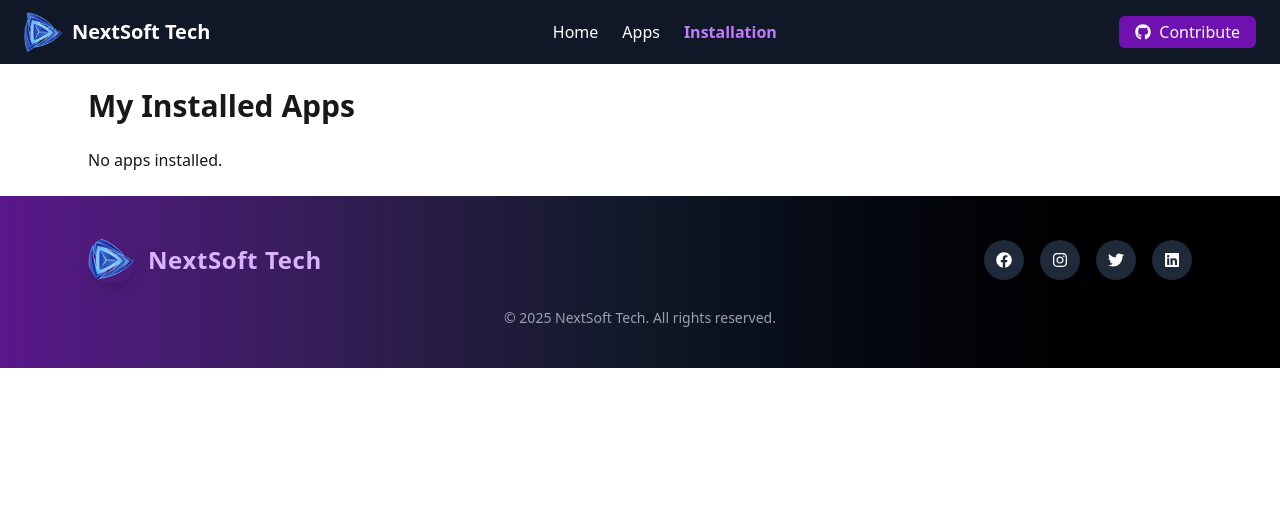
Repository: chayanatik1994/NextSoft
Page: /installation
The author's editor kept a copy of each file at every save. The page is drawn from the files as they stood at one save, then again after a run of saves.
The browser window is 1280 px wide. The pictures show the whole page.
The project was rebuilt for these pictures with package versions that can differ from the ones it lists, and the page was loaded fresh each time. Also part of the build but not shown: vite.config.js, src/Components/TrendingApps/TrendingApps.jsx, src/Pages/Home/Home.jsx, src/Pages/NotFoundPage/ErrorPage.jsx, src/Pages/AllAppsPage/AllAppsPage.jsx, src/Components/RatingChart.jsx, src/Components/AppDescription.jsx, src/Pages/AllAppsPage/AppDetails.jsx.

Above is the page before, as saved 2025-10-29 00:32:27.

After the next 2 saves:
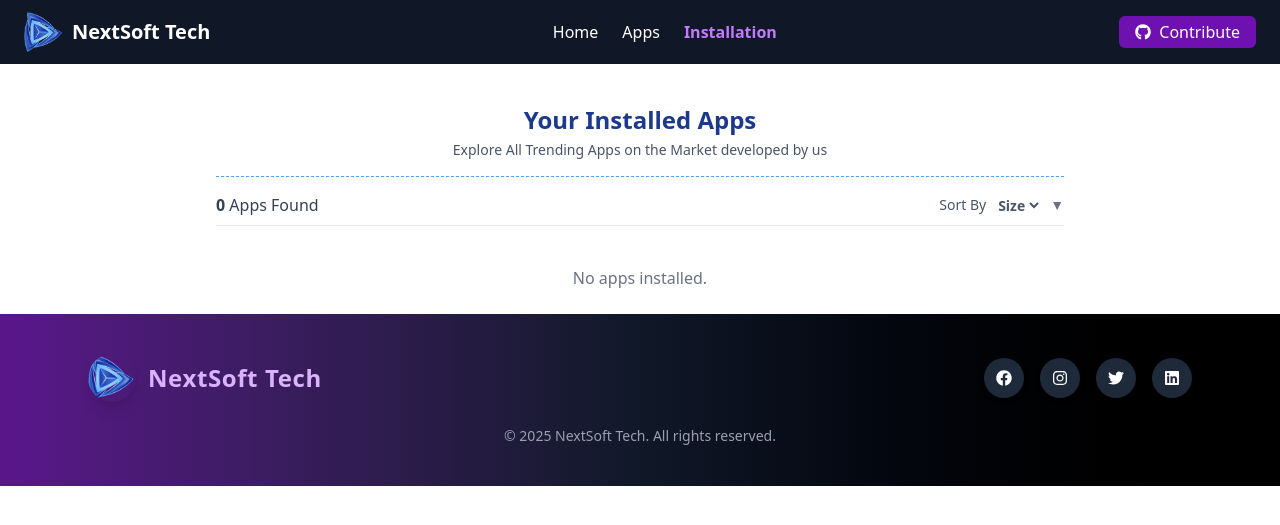
The 2 saves are shown as one change because they came seconds apart.
The last was saved 3 min 19 s later.
--- a/src/Pages/MyInstallations.jsx
+++ b/src/Pages/MyInstallations.jsx
@@ -2,44 +2,147 @@
 
 const MyInstallations = () => {
   const [installedApps, setInstalledApps] = useState([]);
+  const [loading, setLoading] = useState(true);
+  const [error, setError] = useState(null);
 
   useEffect(() => {
-    const storedApps = JSON.parse(localStorage.getItem("installedApps")) || [];
-    setInstalledApps(storedApps);
+    const fetchInstalledApps = async () => {
+      try {
+        // 1. LocalStorage se 'installedApps' array mein stored IDs fetch karein
+        const storedAppIds = JSON.parse(localStorage.getItem("installedApps")) || [];
+
+        // Agar koi ID nahi hai, toh loading band kar dein
+        if (storedAppIds.length === 0) {
+            setInstalledApps([]);
+            setLoading(false);
+            return;
+        }
+
+        // 2. 'appsData.json' file ko public folder se fetch karein
+        // Path '/' root (public folder) se start hota hai
+        const response = await fetch('/appsData.json');
+
+        if (!response.ok) {
+          throw new Error(`HTTP error! status: ${response.status}`);
+        }
+
+        const data = await response.json();
+
+        // 3. appsData.json ke pure list se sirf woh apps filter karein
+        // jo localStorage mein installed hain
+        const allApps = data.apps || []; // Assume JSON has an 'apps' array
+
+        const filteredApps = allApps.filter(app =>
+            storedAppIds.some(storedApp => storedApp.id === app.id)
+        );
+
+        setInstalledApps(filteredApps);
+      } catch (e) {
+        console.error("Error fetching or parsing app data:", e);
+        setError("Failed to load app data.");
+      } finally {
+        setLoading(false);
+      }
+    };
+
+    fetchInstalledApps();
   }, []);
 
   const handleUninstall = (appId) => {
+    // 1. State aur LocalStorage se app ko remove karein
     const updatedApps = installedApps.filter((app) => app.id !== appId);
-    localStorage.setItem("installedApps", JSON.stringify(updatedApps));
     setInstalledApps(updatedApps);
+
+    // 2. Installed Apps IDs ko LocalStorage mein update karein
+    // Hum assume karte hain ki localStorage mein full app objects nahi, sirf IDs store hain
+    // agar aapke purane code ki tarah full objects store hain, toh uss hisaab se logic badal dijiye.
+    const storedApps = JSON.parse(localStorage.getItem("installedApps")) || [];
+    const updatedStoredApps = storedApps.filter((app) => app.id !== appId);
+    localStorage.setItem("installedApps", JSON.stringify(updatedStoredApps));
+
     alert("App uninstalled successfully!");
   };
 
+  const renderStars = (rating) => (
+    <span className="flex items-center text-yellow-500">
+      <svg
+          xmlns="http://www.w3.org/2000/svg"
+          className="h-4 w-4 fill-current mr-1"
+          viewBox="0 0 20 20"
+          fill="currentColor">
+          <path d="M9.049 2.927c.3-.921 1.603-.921 1.902 0l1.07 3.292a1 1 0 00.95.69h3.462c.969 0 1.371 1.24.588 1.81l-2.8 2.034a1 1 0 00-.364 1.118l1.07 3.292c.3.921-.755 1.688-1.54 1.118l-2.8-2.034a1 1 0 00-1.175 0l-2.8 2.034c-.784.57-1.838-.197-1.539-1.118l1.07-3.292a1 1 0 00-.364-1.118L2.98 8.721c-.783-.57-.381-1.81.588-1.81h3.461a1 1 0 00.951-.69l1.07-3.292z" />
+      </svg>
+      {rating}
+    </span>
+  );
+
+  if (loading) {
+    return <div className="p-6 max-w-4xl mx-auto text-center text-gray-500">Loading installed apps...</div>;
+  }
+
+  if (error) {
+    return <div className="p-6 max-w-4xl mx-auto text-center text-red-500">Error: {error}</div>;
+  }
+
   return (
-    <div className="p-6 max-w-6xl mx-auto">
-      <h1 className="text-3xl font-bold mb-6">My Installed Apps</h1>
-      <div className="grid grid-cols-3 gap-6">
+    <div className="p-6 max-w-4xl mx-auto font-sans">
+        {/* Header Section Matching Screenshot */}
+        <div className="border-b border-dashed border-blue-400 pb-4 mb-4 pt-4 text-center">
+            <h1 className="text-2xl font-extrabold mb-1 text-blue-900">Your Installed Apps</h1>
+            <p className="text-gray-600 text-sm">Explore All Trending Apps on the Market developed by us</p>
+        </div>
+
+        {/* App Count and Sort Section */}
+        <div className="flex justify-between items-center pb-2 border-b border-gray-200">
+            <h2 className="text-base font-normal text-gray-700">
+                <span className="font-bold">{installedApps.length}</span> Apps Found
+            </h2>
+            <div className="flex items-center space-x-2 text-sm text-gray-600">
+                <span>Sort By</span>
+                <select id="sort" className="border-none focus:outline-none bg-transparent font-semibold cursor-pointer">
+                    <option>Size</option>
+                </select>
+                <span className="text-gray-500">▼</span>
+            </div>
+        </div>
+
+        {/* List of Installed Apps */}
         {installedApps.length === 0 ? (
-          <p>No apps installed.</p>
+          <p className="text-center text-gray-500 mt-10">No apps installed.</p>
         ) : (
-          installedApps.map((app) => (
-            <div key={app.id} className="bg-white rounded-2xl shadow-md p-6 flex flex-col items-center">
-              <img
-                src={app.image}
-                alt={app.title}
-                className="w-full h-40 object-cover rounded-xl mb-4"
-              />
-              <h2 className="text-xl font-semibold">{app.title}</h2>
-              <button
-                onClick={() => handleUninstall(app.id)}
-                className="mt-4 px-8 py-2 bg-red-500 text-white rounded-lg hover:bg-red-600"
+          <div className="space-y-0 divide-y divide-gray-100">
+            {installedApps.map((app) => (
+              <div
+                key={app.id}
+                className="bg-white py-4 flex items-center justify-between"
               >
-                Uninstall
-              </button>
-            </div>
-          ))
+                {/* App Details */}
+                <div className="flex items-center space-x-4">
+                    {/* Placeholder Icon/Image */}
+                    <div className="w-10 h-10 bg-gray-200 rounded-lg flex-shrink-0"></div>
+
+                    {/* App Info */}
+                    <div>
+                        <p className="font-medium text-base text-gray-800">{app.title}</p>
+                        <div className="flex items-center space-x-3 text-sm text-gray-500">
+                            <span className="flex items-center">{app.downloads}</span>
+                            {renderStars(app.rating)}
+                            <span>{app.size}</span>
+                        </div>
+                    </div>
+                </div>
+
+                {/* Uninstall Button */}
+                <button
+                  onClick={() => handleUninstall(app.id)}
+                  className="px-4 py-1 text-sm bg-green-500 text-white rounded-md hover:bg-green-600 font-medium transition duration-150 flex-shrink-0"
+                >
+                  Uninstall
+                </button>
+              </div>
+            ))}
+          </div>
         )}
-      </div>
     </div>
   );
 };
